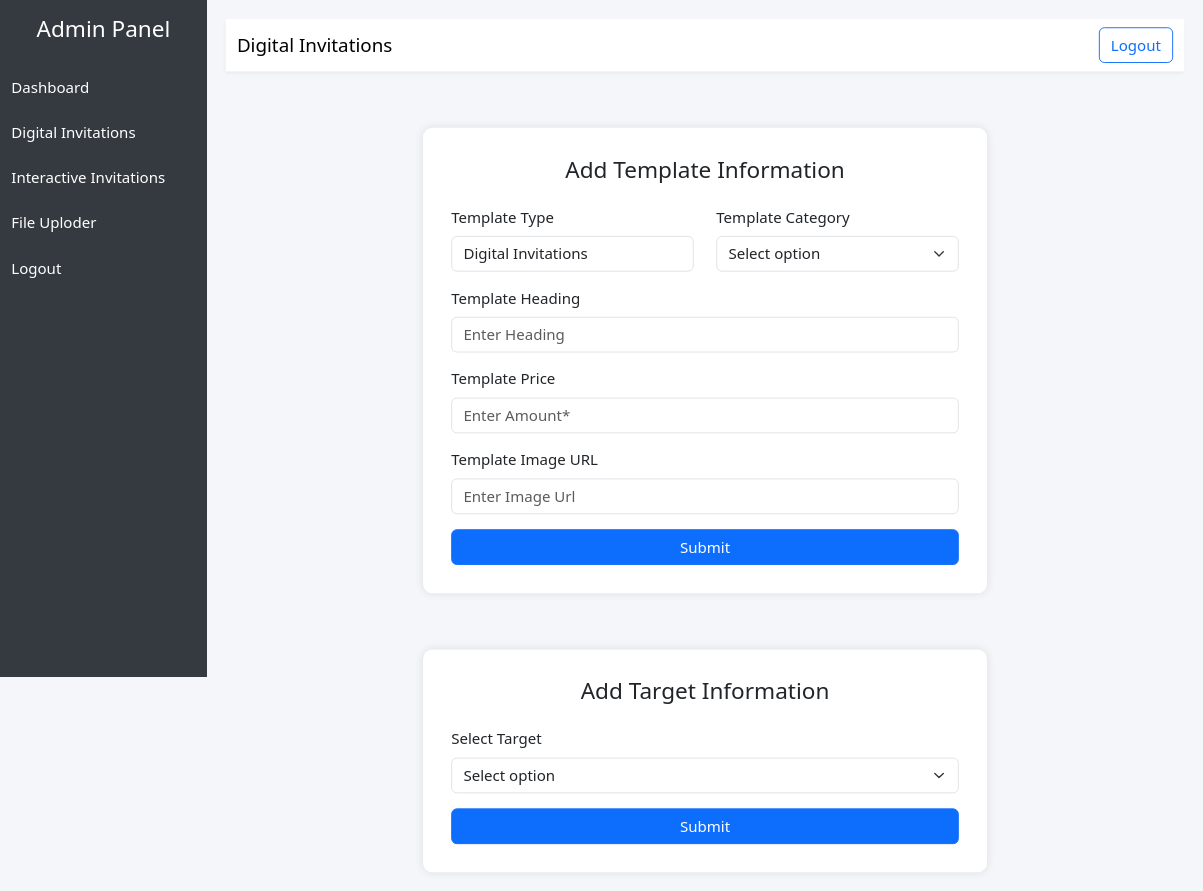
Repository: viraj7551/Flying-Invite-Project
Page: http://localhost/Admin03/digital_invitation.jsp
An editor plug-in stored every save of this project. The page is shown before and after the next save, followed by the edit.
The browser window is 1280 px wide. The pictures show the whole page, at 94% of full size.
Some web fonts or font styles are not loaded; a fallback is used. The page is served by Tomcat 9.

Above is the page before, as saved 2026-04-19 10:45:39.

After the next save:
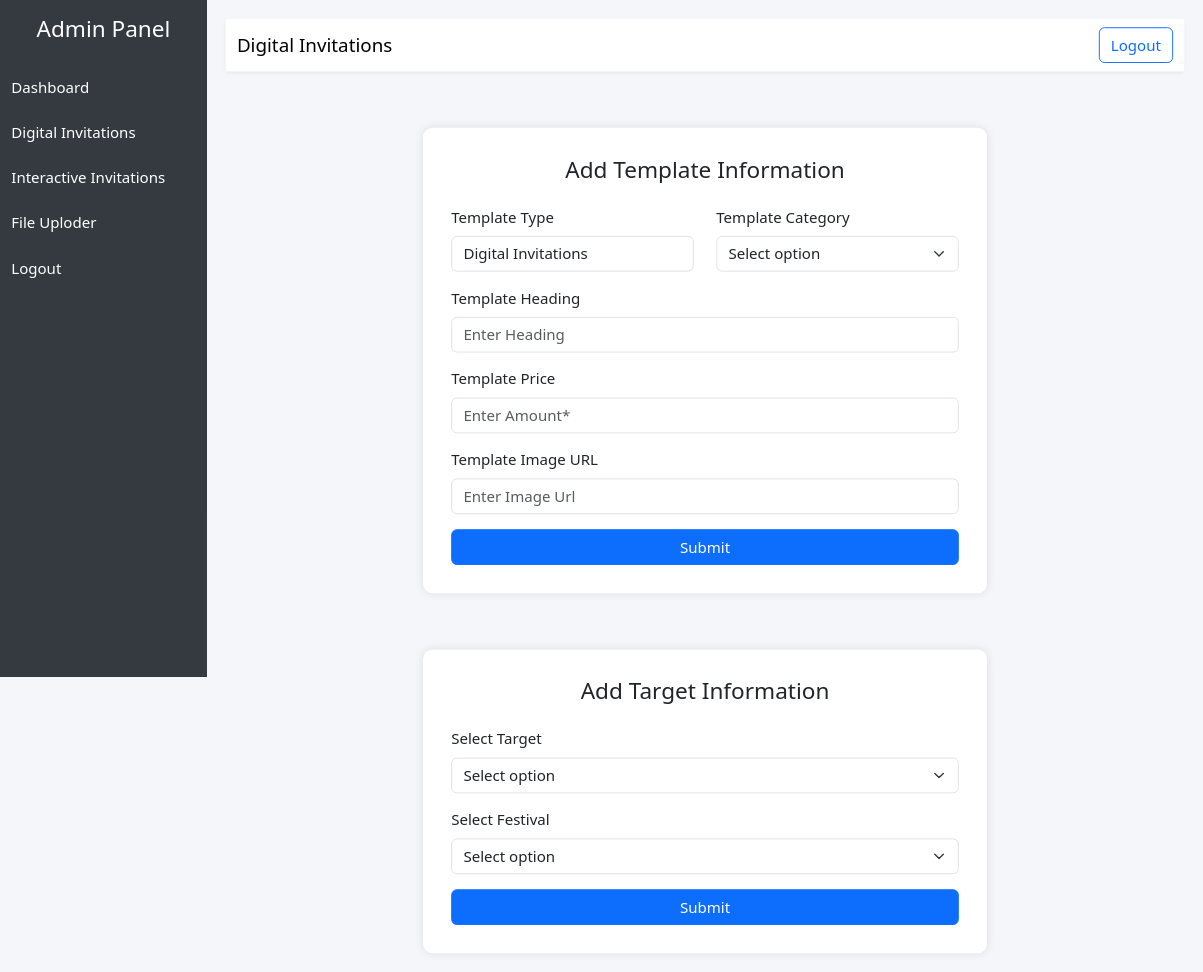
Saved 2 min 18 s later.
--- a/Admin03/WebContent/digital_invitation.jsp
+++ b/Admin03/WebContent/digital_invitation.jsp
@@ -246,6 +246,28 @@ Submit
 </div>
 </div>
 
+<div class="row">
+<div class="mb-3">
+      <label class="form-label">Select Festival</label>
+          <select class="form-select" name="festival_selector">
+             <option selected>Select option</option>
+             <option value="Makar Sankranti">Makar Sankranti</option>
+             <option value="Holi">Holi</option>
+             <option value="Eid-ul-Fitr">Eid-ul-Fitr</option>
+             <option value="Gudi Padwa">Gudi Padwa</option>
+             <option value="Ram Navami">Ram Navami</option>
+             <option value="Easter">Easter</option>
+             <option value="Independence Day">Independence Day</option>
+             <option value="Raksha Bandhan">Raksha Bandhan</option>
+             <option value="Janmashtami">Janmashtami</option>
+             <option value="Ganesh Chaturthi">Ganesh Chaturthi</option>
+             <option value="Dussehra">Dussehra</option>
+             <option value="Diwali">Diwali</option>
+          </select>
+   </div>
+</div>
+
+
 <div class="d-grid">
 <button type="submit" class="btn btn-primary">
 Submit
